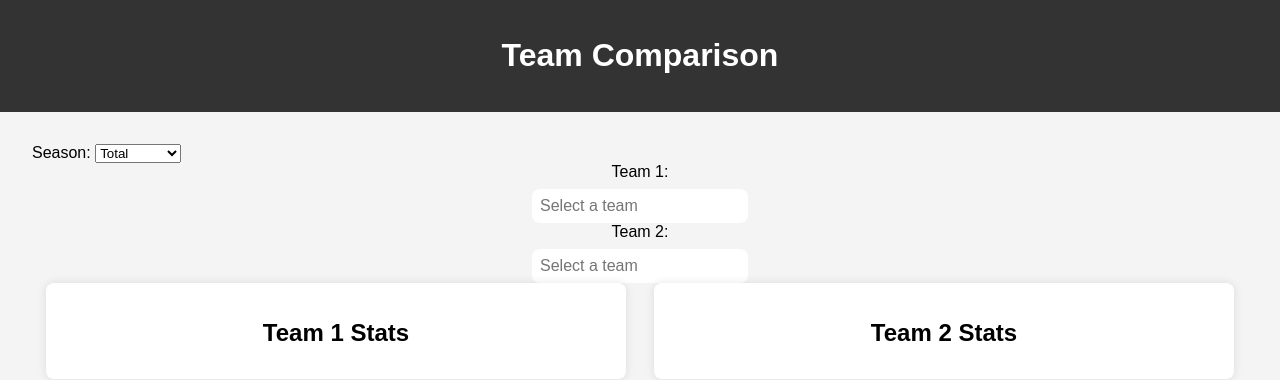
Repository: Enzo-py/dataviz-project-m1
Page: stat_page.html
These files come from the project's save history. The page is drawn as it stood at one moment and after the next save; the edit follows.
The browser window is 1280 px wide. The pictures show the whole page.
Some web fonts or font styles are not loaded; a fallback is used.

Above is the page before, as saved 2024-12-12 15:49:10.

After the next save:
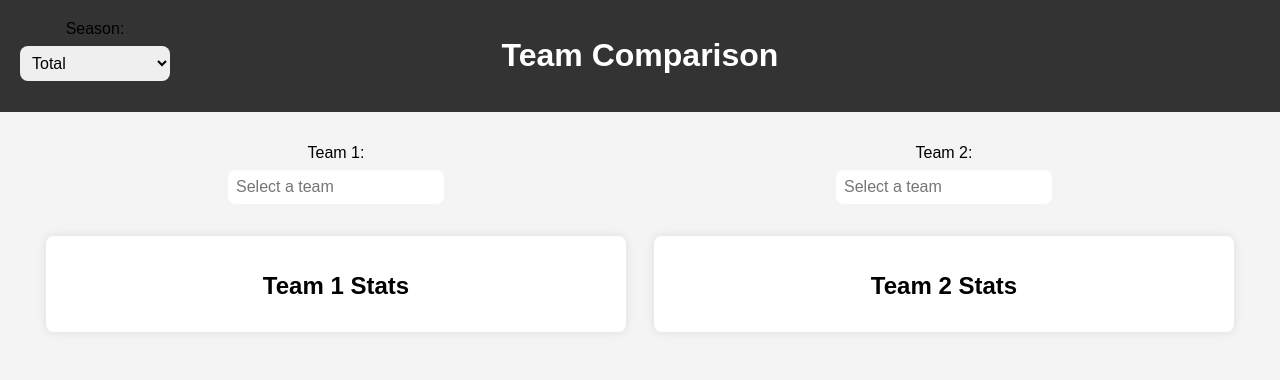
Saved 78 s later.
--- a/stat_page.html
+++ b/stat_page.html
@@ -10,20 +10,23 @@
     <link rel="preload" href="https://fonts.googleapis.com/css2?family=Material+Symbols+Outlined:opsz,wght,FILL,GRAD@20..48,100..700,0..1,-50..200&" as="style" onload="this.onload=null;this.rel='stylesheet'">
 </head>
 <body>
+    <!-- Place the season selector at the top left corner -->
+    <div class="season">
+        <label for="season">Season:</label>
+        <select id="season">
+            <option value="total">Total</option>
+            <option value="2021-2022">2021-2022</option>
+            <option value="2022-2023">2022-2023</option>
+            <option value="2023-2024">2023-2024</option>
+        </select>
+    </div>
+
     <header>
         <h1>Team Comparison</h1>
     </header>
     <main>
+        <!-- Move the team-selection above the team stats -->
         <div class="team-selection">
-            <div class="season">
-                <label for="season">Season:</label>
-                <select id="season">
-                    <option value="total">Total</option>
-                    <option value="2021-2022">2021-2022</option>
-                    <option value="2022-2023">2022-2023</option>
-                    <option value="2023-2024">2023-2024</option>
-                </select>
-            </div>
             <div class="team">
                 <label for="team1">Team 1:</label>
                 <input type="text" id="team1" list="teams" placeholder="Select a team">
@@ -36,6 +39,7 @@
                 <!-- Options will be populated dynamically -->
             </datalist>
         </div>
+
         <section class="comparison-results">
             <div class="team-stats" id="team1-stats">
                 <h2>Team 1 Stats</h2>
--- a/style_stat_page.css
+++ b/style_stat_page.css
@@ -63,3 +63,44 @@ menu.team-selection {
     text-align: center;
     margin-bottom: 1rem;
 }
+
+/* Position the season selector in the top left corner */
+.season {
+    position: fixed;
+    top: 10px;
+    left: 10px;
+    background-color: var(--background-color);
+    border: solid 2px var(--secondary-color);
+    padding: 10px;
+    border-radius: 8px;
+    box-shadow: 0 3px 3px 0 var(--shadow-color);
+    display: flex;
+    flex-direction: column;
+    align-items: center;
+}
+
+.season label {
+    margin-bottom: 0.5rem;
+}
+
+.season select {
+    padding: 0.5rem;
+    font-size: 1rem;
+    width: 150px;
+    border: solid 2px var(--secondary-color);
+    border-radius: 8px;
+    box-shadow: 0 3px 3px 0 var(--shadow-color);
+}
+
+/* Style the team-selection div */
+.team-selection {
+    display: flex;
+    justify-content: space-around;
+    margin-bottom: 2rem;
+    /* Remove background and borders if not needed */
+    background-color: transparent;
+    border: none;
+    padding: 0;
+    border-radius: 0;
+    box-shadow: none;
+}
